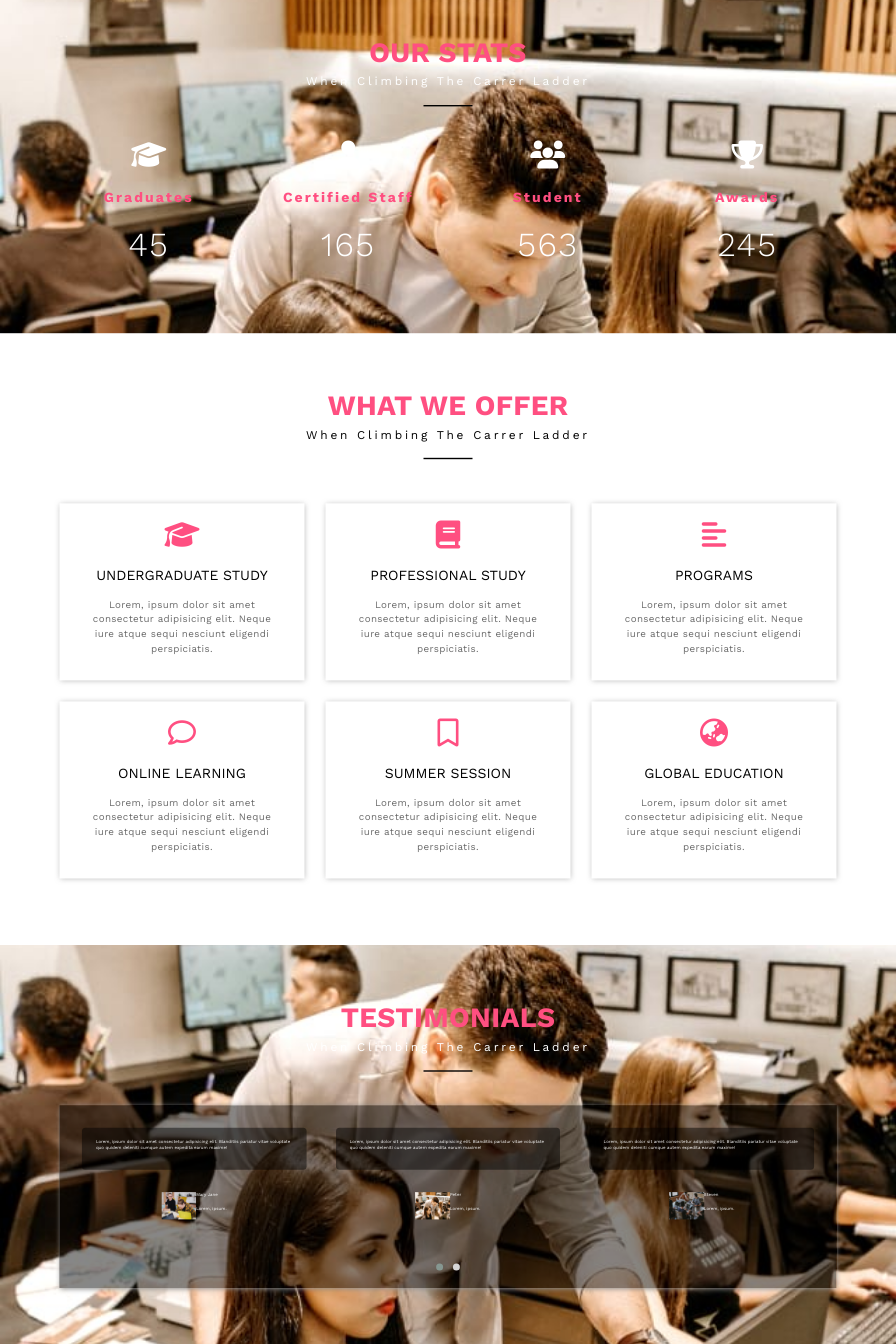
Repository: tudo1611/BC44_BOOTSTRAP_B7_INSTRUCTION_DO-TRUNG-TU
Page: index.html
These files come from the project's save history. The page is drawn as it stood at one moment and after the next save; the edit follows.
The browser window is 1280 px wide. The pictures show the part of the page from y = 1830 to 3750 px (the page is 3750 px tall before and 3718 px after), at 70% of full size.
Backgrounds fixed to the window are drawn as part of the page.

Above is the page before, as saved 2023-01-20 14:38:16.

### index.html
<!DOCTYPE html>
<html lang="en">
  <head>
    <meta charset="UTF-8" />
    <meta http-equiv="X-UA-Compatible" content="IE=edge" />
    <meta name="viewport" content="width=device-width, initial-scale=1.0" />
    <title>Instruction Cyber</title>
    <!-- bs4 css  -->
    <link
      rel="stylesheet"
      href="https://cdn.jsdelivr.net/npm/bootstrap@4.5.3/dist/css/bootstrap.min.css"
      integrity="sha384-TX8t27EcRE3e/ihU7zmQxVncDAy5uIKz4rEkgIXeMed4M0jlfIDPvg6uqKI2xXr2"
      crossorigin="anonymous"
    />
    <!-- font awesome -->
    <link
      rel="stylesheet"
      href="https://cdnjs.cloudflare.com/ajax/libs/font-awesome/6.2.1/css/all.min.css"
      integrity="sha512-MV7K8+y+gLIBoVD59lQIYicR65iaqukzvf/nwasF0nqhPay5w/9lJmVM2hMDcnK1OnMGCdVK+iQrJ7lzPJQd1w=="
      crossorigin="anonymous"
      referrerpolicy="no-referrer"
    />
    <!-- font gg  -->
    <link rel="preconnect" href="https://fonts.googleapis.com" />
    <link rel="preconnect" href="https://fonts.gstatic.com" crossorigin />
    <link
      href="https://fonts.googleapis.com/css2?family=Work+Sans:wght@300;400;700&display=swap"
      rel="stylesheet"
    />
    <!-- owl carousel  -->
    <link rel="stylesheet" href="./css/owl.carousel.min.css" />
    <link rel="stylesheet" href="./css/owl.theme.default.min.css" />
    <!-- main css -->
    <link rel="stylesheet" href="./css/index.css" />
  </head>
  <body>
    <!-- header  -->
    <header>
      <div
        class="header__top d-flex justify-content-between align-items-center py-2 container-fluid"
      >
        <div class="header__left">
          <a href="tel:0961051014" class="text-white mr-4"
            ><i class="fa-solid fa-phone"></i> 096.105.1014</a
          >
          <a href="mailto:info@cybersoft.edu.vn" class="text-white"
            ><i class="fa-regular fa-envelope"></i> info@cybersoft.edu.vn</a
          >
        </div>
        <div class="header__right">
          <a href="#"><i class="fab fa-facebook-f"></i></a>
          <a href="#"><i class="fab fa-twitter"></i></a>
          <a href=""><i class="fab fa-pinterest"></i></a>
          <a href=""><i class="fab fa-linkedin-in"></i></a>
        </div>
      </div>
      <nav class="navInstruction navbar navbar-expand-lg container">
        <a class="navbar-brand text-center" href="#">
          <p class="mb-0"><i class="fa fa-book"></i> INSTRUCTION</p>
          <p class="mb-0">EDUCATION</p>
        </a>
        <button
          class="navbar-toggler"
          type="button"
          data-toggle="collapse"
          data-target="#navbarInstruction"
          aria-controls="navbarNavDropdown"
          aria-expanded="false"
          aria-label="Toggle navigation"
        >
          <i class="fa fa-bars"></i>
        </button>
        <div class="collapse navbar-collapse" id="navbarInstruction">
          <ul class="navbar-nav ml-auto">
            <li class="nav-item active">
              <a class="nav-link" href="#"
                >HOME <span class="sr-only">(current)</span></a
              >
            </li>
            <li class="nav-item">
              <a class="nav-link" href="#">ABOUT</a>
            </li>
            <li class="nav-item">
              <a class="nav-link" href="#">SERVICES</a>
            </li>
            <li class="nav-item">
              <a class="nav-link" href="#">GALLERY</a>
            </li>
            <li class="nav-item dropdown">
              <a
                class="nav-link dropdown-toggle"
                href="#"
                id="navbarDropdownMenuLink"
                role="button"
                data-toggle="dropdown"
                aria-haspopup="true"
                aria-expanded="false"
              >
                PAGES
              </a>
              <div
                class="dropdown-menu"
                aria-labelledby="navbarDropdownMenuLink"
              >
                <a class="dropdown-item" href="#">Codes</a>
                <a class="dropdown-item" href="#">Icons</a>
              </div>
            </li>
            <li class="nav-item">
              <a class="nav-link" href="#">CONTACT</a>
            </li>
          </ul>
        </div>
      </nav>
    </header>
    <!-- carousel -->
    <section class="cyberCarousel">
      <div id="carouselCyber" class="carousel slide" data-ride="carousel">
        <ol class="carousel-indicators">
          <li
            data-target="#carouselCyber"
            data-slide-to="0"
            class="active"
          ></li>
          <li data-target="#carouselCyber" data-slide-to="1"></li>
          <li data-target="#carouselCyber" data-slide-to="2"></li>
        </ol>
        <div class="carousel-inner">
          <div class="carousel-item active">
            <img src="./img/g1.jpg" class="d-block w-100" alt="..." />
            <div class="container carousel-caption d-none d-md-block">
              <h1>Graphic Work Designing.</h1>
              <p>
                Any successful career statrs with good education. Together with
                us you will have deeper knownledge of the subjects
              </p>
              <button class="btn">
                Read More <i class="fa fa-angle-double-right"></i>
              </button>
            </div>
          </div>
          <div class="carousel-item">
            <img src="./img/g2.jpg" class="d-block w-100" alt="..." />
            <div class="container carousel-caption d-none d-md-block">
              <h1>Financial Analyst Course.</h1>
              <p>
                Any successful career statrs with good education. Together with
                us you will have deeper knownledge of the subjects
              </p>
              <button class="btn">
                Read More <i class="fa fa-angle-double-right"></i>
              </button>
            </div>
          </div>
          <div class="carousel-item">
            <img src="./img/g3.jpg" class="d-block w-100" alt="..." />
            <div class="container carousel-caption d-none d-md-block">
              <h1>Digital Marketing Course.</h1>
              <p>
                Any successful career statrs with good education. Together with
                us you will have deeper knownledge of the subjects
              </p>
              <button class="btn">
                Read More <i class="fa fa-angle-double-right"></i>
              </button>
            </div>
          </div>
        </div>
        <a
          class="carousel-control-prev"
          href="#carouselCyber"
          role="button"
          data-slide="prev"
        >
          <span class="carousel-control-prev-icon" aria-hidden="true"></span>
          <span class="sr-only">Previous</span>
        </a>
        <a
          class="carousel-control-next"
          href="#carouselCyber"
          role="button"
          data-slide="next"
        >
          <span class="carousel-control-next-icon" aria-hidden="true"></span>
          <span class="sr-only">Next</span>
        </a>
      </div>
    </section>
    <!-- welcome  -->
    <section class="welcome section">
      <div class="heading">
        <h2>WELCOME TO EDUCATION</h2>
        <p>When Climbing The Carrer Ladder</p>
      </div>
      <div class="welcome__content">
        <p>
          Lorem ipsum dolor sit amet consectetur adipisicing elit. Sed ut eaque
          voluptatem officiis dolorem? Dolore, quia. Id deleniti in tenetur!
        </p>
        <div class="welcome__courses container">
          <div class="row">
            <div class="welcome__col col-4 border border-dark">
              <div class="welcome__item">
                <i class="fa fa-desktop"></i>
                <h3>Design Course</h3>
                <h4>Fashion Design</h4>
                <p>Lorem ipsum dolor sit amet.</p>
                <h4>Interior Design</h4>
                <p>Lorem ipsum dolor sit amet.</p>
                <h4>Graphic Design</h4>
                <p>Lorem ipsum dolor sit amet.</p>
              </div>
            </div>
            <div class="welcome__col col-4 border border-dark">
              <div class="welcome__item">
                <i class="fa fa-arrows-alt"></i>
                <h3>Marketing Course</h3>
                <h4>Facebook Marketing</h4>
                <p>Lorem ipsum dolor sit amet.</p>
                <h4>Youtube Marketing</h4>
                <p>Lorem ipsum dolor sit amet.</p>
                <h4>Twitter Marketing</h4>
                <p>Lorem ipsum dolor sit amet.</p>
              </div>
            </div>
            <div class="welcome__col col-4 border border-dark">
              <div class="welcome__item">
                <i class="fa fa-chart-bar"></i>
                <h3>Financial Course</h3>
                <h4>Complexities Of Banking</h4>
                <p>Lorem ipsum dolor sit amet.</p>
                <h4>Compliance Regulation</h4>
                <p>Lorem ipsum dolor sit amet.</p>
                <h4>Finance Products</h4>
                <p>Lorem ipsum dolor sit amet.</p>
              </div>
            </div>
          </div>
        </div>
      </div>
    </section>
    <!-- our stats  -->
    <section class="ourStats section">
      <div class="heading heading--white">
        <h2>OUR STATS</h2>
        <p>When Climbing The Carrer Ladder</p>
      </div>
      <div class="outStats__content container">
        <div class="row">
          <div class="col-3">
            <div class="ourStats__item">
              <i class="fa fa-graduation-cap"></i>
              <h3>Graduates</h3>
              <p>45</p>
            </div>
          </div>
          <div class="col-3">
            <div class="ourStats__item">
              <i class="fa fa-user"></i>
              <h3>Certified Staff</h3>
              <p>165</p>
            </div>
          </div>
          <div class="col-3">
            <div class="ourStats__item">
              <i class="fa fa-users"></i>
              <h3>Student</h3>
              <p>563</p>
            </div>
          </div>
          <div class="col-3">
            <div class="ourStats__item">
              <i class="fa fa-trophy"></i>
              <h3>Awards</h3>
              <p>245</p>
            </div>
          </div>
        </div>
      </div>
    </section>
    <!-- offer -->
    <section class="offer section">
      <div class="heading">
        <h2>WHAT WE OFFER</h2>
        <p>When Climbing The Carrer Ladder</p>
      </div>
      <div class="offer__content container">
        <div class="row">
          <div class="col-4 offer__col">
            <div class="offer__item">
              <i class="fa fa-graduation-cap"></i>
              <h3>UNDERGRADUATE STUDY</h3>
              <p>
                Lorem, ipsum dolor sit amet consectetur adipisicing elit. Neque
                iure atque sequi nesciunt eligendi perspiciatis.
              </p>
            </div>
          </div>
          <div class="col-4 offer__col">
            <div class="offer__item">
              <i class="fa fa-book"></i>
              <h3>PROFESSIONAL STUDY</h3>
              <p>
                Lorem, ipsum dolor sit amet consectetur adipisicing elit. Neque
                iure atque sequi nesciunt eligendi perspiciatis.
              </p>
            </div>
          </div>
          <div class="col-4 offer__col">
            <div class="offer__item">
              <i class="fa fa-align-left"></i>
              <h3>PROGRAMS</h3>
              <p>
                Lorem, ipsum dolor sit amet consectetur adipisicing elit. Neque
                iure atque sequi nesciunt eligendi perspiciatis.
              </p>
            </div>
          </div>
          <div class="col-4 offer__col">
            <div class="offer__item">
              <i class="fa-regular fa-comment"></i>
              <h3>ONLINE LEARNING</h3>
              <p>
                Lorem, ipsum dolor sit amet consectetur adipisicing elit. Neque
                iure atque sequi nesciunt eligendi perspiciatis.
              </p>
            </div>
          </div>
          <div class="col-4 offer__col">
            <div class="offer__item">
              <i class="fa-regular fa-bookmark"></i>
              <h3>SUMMER SESSION</h3>
              <p>
                Lorem, ipsum dolor sit amet consectetur adipisicing elit. Neque
                iure atque sequi nesciunt eligendi perspiciatis.
              </p>
            </div>
          </div>
          <div class="col-4 offer__col">
            <div class="offer__item">
              <i class="fa fa-globe-asia"></i>
              <h3>GLOBAL EDUCATION</h3>
              <p>
                Lorem, ipsum dolor sit amet consectetur adipisicing elit. Neque
                iure atque sequi nesciunt eligendi perspiciatis.
              </p>
            </div>
          </div>
        </div>
      </div>
    </section>
    <!-- feedback -->
    <section class="feedback section">
      <div class="heading heading--white">
        <h2>TESTIMONIALS</h2>
        <p>When Climbing The Carrer Ladder</p>
      </div>
      <div class="container">
        <div class="feedback__content">
          <div class="owl-carousel owl-theme">
            <div class="item">
              <div class="feedback__top">
                <p>Lorem, ipsum dolor sit amet consectetur adipisicing elit. Blanditiis pariatur vitae voluptate quo quidem deleniti cumque autem expedita earum maxime!</p>
              </div>
              <div class="feedback__bottom">
                <img src="./img/g1.jpg" alt="">
                <div class="feedback__name">
                  <p>Mary Jane</p>
                  <p>Lorem, ipsum.</p>
                </div>
              </div>
            </div>
            <div class="item">
              <div class="feedback__top">
                <p>Lorem, ipsum dolor sit amet consectetur adipisicing elit. Blanditiis pariatur vitae voluptate quo quidem deleniti cumque autem expedita earum maxime!</p>
              </div>
              <div class="feedback__bottom">
                <img src="./img/g2.jpg" alt="">
                <div class="feedback__name">
                  <p>Peter</p>
                  <p>Lorem, ipsum.</p>
                </div>
              </div>
            </div>
            <div class="item">
              <div class="feedback__top">
                <p>Lorem, ipsum dolor sit amet consectetur adipisicing elit. Blanditiis pariatur vitae voluptate quo quidem deleniti cumque autem expedita earum maxime!</p>
              </div>
              <div class="feedback__bottom">
                <img src="./img/g3.jpg" alt="">
                <div class="feedback__name">
                  <p>Steven</p>
                  <p>Lorem, ipsum.</p>
                </div>
              </div>
            </div>
            <div class="item">
              <div class="feedback__top">
                <p>Lorem, ipsum dolor sit amet consectetur adipisicing elit. Blanditiis pariatur vitae voluptate quo quidem deleniti cumque autem expedita earum maxime!</p>
              </div>
              <div class="feedback__bottom">
                <img src="./img/g1.jpg" alt="">
                <div class="feedback__name">
                  <p>Wilson</p>
                  <p>Lorem, ipsum.</p>
                </div>
              </div>
            </div>
            <div class="item">
              <div class="feedback__top">
                <p>Lorem, ipsum dolor sit amet consectetur adipisicing elit. Blanditiis pariatur vitae voluptate quo quidem deleniti cumque autem expedita earum maxime!</p>
              </div>
              <div class="feedback__bottom">
                <img src="./img/g2.jpg" alt="">
                <div class="feedback__name">
                  <p>Guptill</p>
                  <p>Lorem, ipsum.</p>
                </div>
              </div>
            </div>

          </div>
        </div>
      </div>
    </section>
    <!-- new -->
    <section class="news"></section>
    <!-- footer  -->
    <footer></footer>

    <!-- thu vien ho tro -->
    <script
      src="https://cdnjs.cloudflare.com/ajax/libs/jquery/3.6.3/jquery.min.js"
      integrity="sha512-STof4xm1wgkfm7heWqFJVn58Hm3EtS31XFaagaa8VMReCXAkQnJZ+jEy8PCC/iT18dFy95WcExNHFTqLyp72eQ=="
      crossorigin="anonymous"
      referrerpolicy="no-referrer"
    ></script>
    <!-- owl js  -->
    <script src="./js/owl.carousel.min.js"></script>
    <script>
      $('.owl-carousel').owlCarousel({
    loop:true,
    margin:10,
    responsive:{
        0:{
            items:1
        },
        600:{
            items:3
        },
        1000:{
            items:3
        }
    }
})
    </script>
    <!-- bs4 js  -->
    <script
      src="https://cdn.jsdelivr.net/npm/bootstrap@4.5.3/dist/js/bootstrap.bundle.min.js"
      integrity="sha384-ho+j7jyWK8fNQe+A12Hb8AhRq26LrZ/JpcUGGOn+Y7RsweNrtN/tE3MoK7ZeZDyx"
      crossorigin="anonymous"
    ></script>
  </body>
</html>

### css/index.css
/* global */
*{
    margin: 0;
    padding: 0;
    box-sizing: border-box;
}

html, body{
    font-family: 'Work Sans', sans-serif;
    font-size: 62.5%;
}
.heading{
    text-align: center;
    margin-bottom: 4.8rem;
}

.heading h2{
    font-size: 4rem;
    color: #ff4f81;
    font-weight: bold;
    letter-spacing: .5px;
}
.heading p{
    font-size: 1.7rem;
    text-transform: capitalize;
    letter-spacing: 0.4rem;
    color: #000;
}
.heading p::after{
    content: "";
    width: 7rem;
    height: 0.2rem;
    background-color: #000;
    display: block;
    margin: 2rem auto;
}
.section{
    padding: 8rem 0;
}
.heading--white p{
    color: #fff;
}

/* header  */
.header__top {
    background-color: #ff4f81;
    font-size: 1.4rem;
}
.header__top a{
    text-decoration: none;
    color: #fff;
    transition: all .5s;
}
.header__left a:hover{
    color: #000 !important;
}
.header__right a{
    display: inline-block;
    text-align: center;
    width: 3rem;
    height: 3rem;
    line-height: 3rem;
    background-color: #000;
    border: 1px solid #000;
    margin-left: 0.25rem;
}
.header__right a:hover{
    background-color: #ff4f81;
    border-color: #fff;
}
.navInstruction a{
    color: #000;
    font-weight: bold;
}
.navInstruction .navbar-brand p:first-child{
    font-size: 3.6rem;

}
.navInstruction .navbar-brand p:first-child i{
    transform: skewX(-10deg);
}
.navInstruction .navbar-brand p:last-child{
    font-size: 1.1rem;
    color: #ff4f81;
    letter-spacing: 0.3rem;
}
#navbarInstruction .nav-link{
    font-size: 1.4rem;font-weight: bold;
    letter-spacing: 1px;
    transition: all .5s;
}
#navbarInstruction .nav-item:hover .nav-link{
    color: #ff4f81;
}
#navbarInstruction .nav-item{
    margin: 0 1.5rem;
}
#navbarInstruction .nav-item:after{
    content: "";
    display: inline-block;
    width: 0%;
    height: 0.2rem;
    background-color: #ff4f81;
    transition: all .5s;
}
#navbarInstruction .nav-item:hover::after{
    width: 100%;
}
#navbarInstruction .nav-item.active .nav-link{
    color: #ff4f81;
}
#navbarInstruction .nav-item.active::after{
    width: 100%;
}
#navbarInstruction .dropdown-menu{
    background-color: rgba(0, 0, 0, 0.6);
    border: 1px solid rgba(0, 0, 0, 0.6);
}
#navbarInstruction .dropdown-item{
    color: #fff;
    transition: all .5s;
}
#navbarInstruction .dropdown-item:focus, #navbarInstruction .dropdown-item:hover {
    background-color: transparent;
    color:#ff4f81;
}

/* carousel  */


#carouselCyber .carousel-caption{
    top: 60%;
    left: 50%;
    transform: translate(-50% , -50%);
}
#carouselCyber .carousel-caption h1{
    font-size: 5.2rem;
}
#carouselCyber .carousel-caption p{
    font-size: 1.6rem;
    font-weight: 300;
    letter-spacing: 0.4rem;
    line-height: 1.8rem;
    width: 70%;
    margin: auto;
    margin-bottom: 2.5rem;
}
#carouselCyber .carousel-caption .btn{
    padding: 1.1rem 2rem;
    color: #fff;
    border: 1px solid #fff;
    border-radius: 0;
    letter-spacing: 0.2rem;
    font-size: 1.4rem;
    transition: all .5s;
}
#carouselCyber .carousel-caption .btn:hover{
    background-color: #ff4f81;
    border-color: #ff4f81;
}
/* welcome  */
.welcome__content>p{
    width: 80%;
    margin: auto;
    text-align: center;
    font-size: 1.5rem;
    line-height: 1.8em;
    color: #999;
    letter-spacing: 1px;
    padding: 1rem 0 5rem;
}
.welcome__item i{
    font-size: 3.2rem;
}
.welcome__item h3{
    color: #ff4f81;
    font-weight: bold;
    font-size: 3rem;
    margin: 1.6rem 0;
}
.welcome__item h4{
    color: #000;
    font-size: 1.6rem;
    font-weight: bold;
    margin: 1.6rem 0 0.32rem;
    text-transform: uppercase;
}
.welcome__item p{
    color: #999;
    font-size: 1.6rem;
    line-height: 1.8em;
    margin: 1rem 0 0;
    letter-spacing: 1px;
}
.welcome__col{
    padding: 3.2rem;
}
/* ourstats  */
.ourStats{
    background-image: url(../img/g2.jpg);
    background-size: cover;
    background-attachment: fixed;
}
.outStats__content{
    text-align: center;
    color: #fff;
}
.outStats__content i{
    font-size: 4rem;
}
.outStats__content h3{
    font-size: 2rem;
    letter-spacing: 3px;
    font-weight: bold;
    margin: 3rem 0 2rem;
    color: #ff4f81;
}
.outStats__content p{
    font-size: 4.8rem;
    letter-spacing: 2px;
    font-weight: 300;
}
/* offer  */
.offer__col{
    padding: 1.5rem;
}
.offer__item{
    padding: 2.5rem 4rem;
    text-align: center;
    background-color: #fff;
    box-shadow: 0px 1px 8px 0px rgba(158, 158, 158, 0.75);
    transition: all .5s;
}
.offer__item:hover{
    background-color: #12ccc3;
}
.offer__item i{
    color: #ff4f81;
    font-size: 4rem;
}
.offer__item h3{
    font-size: 2rem;
    margin: 2.5rem 0 2rem;
    color: #000;
}
.offer__item p{
    font-size: 1.4rem;
    letter-spacing: .5px;
    color: #6b6b6b;
}
/* carousel  */
.feedback{
    background-image: url(../img/g2.jpg);
    background-size: cover;
    background-attachment: fixed;
    background-position: center;
}
.feedback__content{
    background-color: rgba(0, 0, 0, 0.47);
    box-shadow: 0px 1px 7px #8e8e8e;
    padding: 1.6rem;
}
.feedback__content .item{
    color: #fff;
    padding: 1.6rem;
}
.feedback__top{
    padding: 1.6rem 2rem;
    border-radius: 5px;
    background-color:  rgba(0, 0, 0, 0.47);
}
.feedback__content .feedback__bottom img{
    width: 28%;
    display: inline-block;
}
.feedback__bottom{
    display: flex;
    justify-content: center;
    width: 55%;
    margin: 3.2rem auto;
}

Loaded but not shown: css/owl.carousel.min.css (library); css/owl.theme.default.min.css (common file); js/owl.carousel.min.js (library)

After the next save:
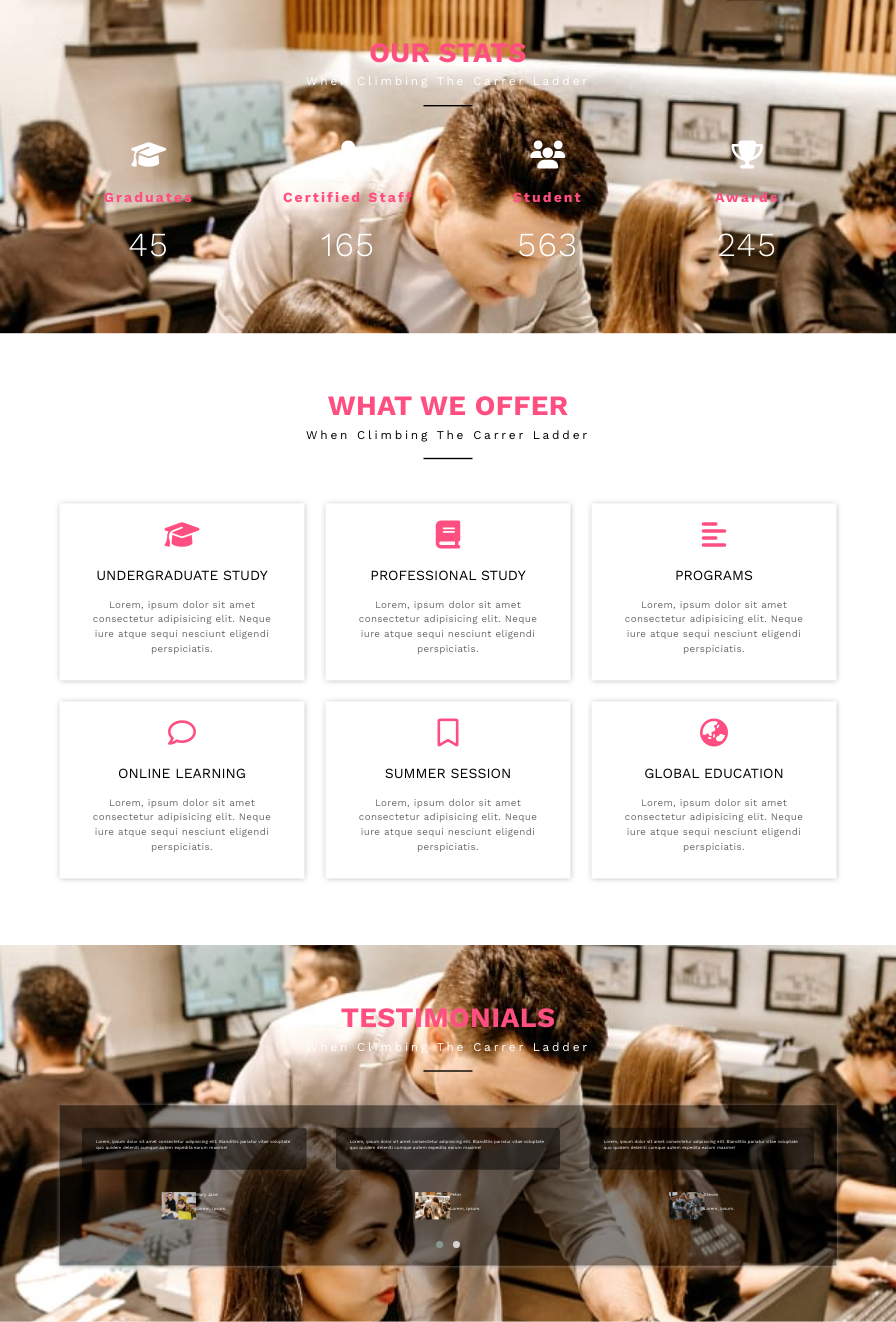
Saved 4 s later.
--- a/css/index.css
+++ b/css/index.css
@@ -277,5 +277,5 @@ html, body{
     display: flex;
     justify-content: center;
     width: 55%;
-    margin: 3.2rem auto;
-}
+    margin: 3.2rem auto 0;
+}
